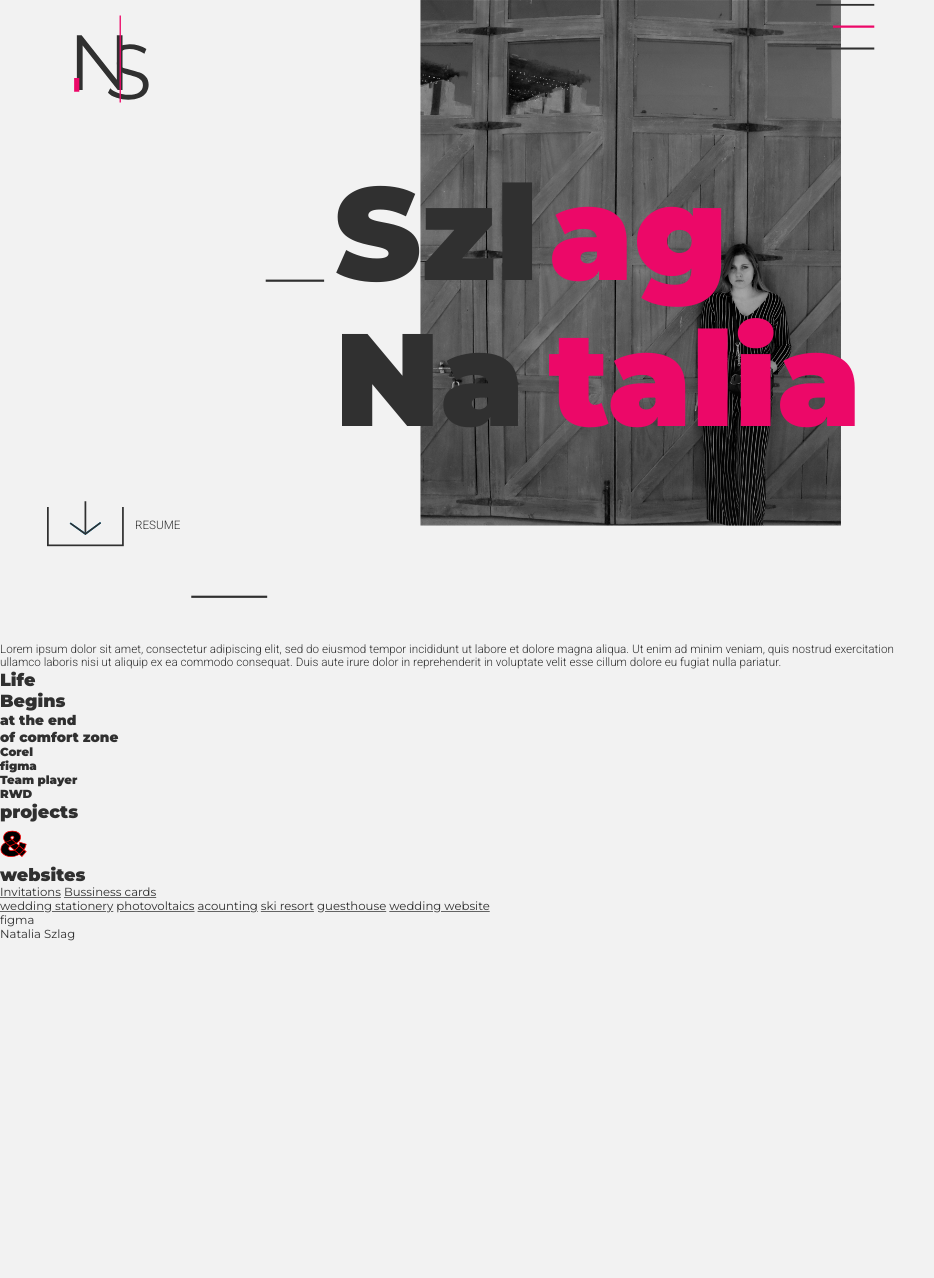
Repository: nataliaszlag/portfolio3
Page: index.html
These files come from the project's save history. The page is drawn as it stood at one moment and after the next save; the edit follows.
The browser window is 1280 px wide. The pictures show the whole page, at 73% of full size.
The style sheet was rebuilt from its Sass, Less or Tailwind sources for each picture, by a compiler version that may differ from the author's.

Above is the page before, as saved 2020-09-26 19:59:59.

### index.html
<!DOCTYPE html>
<html lang="en">
<head>
    <meta charset="UTF-8">
    <meta name="viewport" content="width=device-width, initial-scale=1.0">
    <title>Portfolio</title>
    <link rel="stylesheet" href="/css/style.css">
    <link href="https://fonts.googleapis.com/css2?family=Montserrat:wght@300;400;600;900&family=Roboto:wght@300&display=swap" rel="stylesheet">
<body>
    <div><img class="hero-img"src="/img/img-hero.JPG" alt="zdj"></div>
    <header class="hero">
        <nav>
            <logo class="logo">
                <svg width="202" height="202" viewBox="0 0 202 202" fill="none" xmlns="http://www.w3.org/2000/svg">
                    <path d="M111.707 131.661C106.15 131.661 100.822 130.771 95.7284 128.989C90.6331 127.207 86.6957 124.857 83.9163 121.934L87.0156 115.841C89.7232 118.549 93.3219 120.742 97.8117 122.416C102.302 124.091 106.933 124.927 111.707 124.927C118.407 124.927 123.43 123.699 126.779 121.239C130.128 118.781 131.805 115.592 131.805 111.673C131.805 108.68 130.895 106.292 129.078 104.511C127.26 102.729 125.035 101.357 122.397 100.396C119.76 99.4333 116.091 98.3831 111.387 97.2422C78.7372 90.0157 110.659 55.7886 98.6857 58.3337C92.9473 59.5532 105.322 55.7647 113.312 55.5543C117.586 55.4414 121.773 56.1427 125.871 57.3177C129.969 58.4945 133.513 60.116 136.506 62.1821L133.835 68.4884C130.7 66.4223 127.351 64.8726 123.786 63.8395C120.223 62.8047 116.732 62.3344 113.312 62.2882C95.5796 62.0521 91.8988 81.0702 103.104 87.2483C105.649 88.6525 109.535 89.2614 114.167 90.4023C119.654 91.7552 124.089 93.091 127.474 94.4098C130.859 95.7285 133.727 97.7228 136.079 100.396C138.431 103.068 139.607 106.684 139.607 111.245C139.607 115.022 138.591 118.46 136.561 121.561C134.529 124.66 131.411 127.118 127.207 128.936C123.003 130.753 117.837 131.661 111.707 131.661Z" fill="#303030"/>
                    <path d="M103.826 43.3881V118.212H97.3055L49.2035 57.4973V118.212H41.2945V43.3881H47.8146L96.0226 104.103V43.3881H103.826Z" fill="#303030"/>
                    <path fill-rule="evenodd" clip-rule="evenodd" d="M99.789 135.296V16.0728H101.621V135.296H99.789Z" fill="#EC0868"/>
                    <path fill-rule="evenodd" clip-rule="evenodd" d="M37.5521 120.721L37.5538 101.949L44.6315 101.956V120.726L37.5521 120.721Z" fill="#EC0868"/>
                    </svg>


            </logo>
            <ul class="navbar">
                <svg class="hamburger"width="80" height="63" viewBox="0 0 80 63" fill="none" xmlns="http://www.w3.org/2000/svg">
                    <g  class="line-menu-1"><line y1="1.5" x2="80" y2="1.5" stroke="#303030" stroke-width="3"/></g>
                    <g class="line-menu-2"><line y1="61.5" x2="80" y2="61.5" stroke="#303030" stroke-width="3"/></g>
                    <line x1="23" y1="31.5" x2="80" y2="31.5" stroke="#EC0868" stroke-width="3"/>
                    </svg>

                <li class="nav-list">about</li>
                <li class="nav-list">portfolio</li>
                <li class="nav-list">contact</li>
            </ul>
        </nav>
        <div class="flex">
            <div class="line-1"></div>
            <h1 class="h1-name">Szl<br>Na</h1>
            <h1 class="h1-name clr-prim">ag<br>talia</h1>
        </div>
        <div class="resume">
            <icon class="resume-icon">
                <svg width="106" height="63" viewBox="0 0 106 63" fill="none" xmlns="http://www.w3.org/2000/svg">
                    <path d="M1.60553 8.5282V61.0716H104.395V8.5282" stroke="#303030" stroke-width="2.36" stroke-miterlimit="22.9256"/>
                    <path d="M53 0.473083V45.5269" stroke="#303030" stroke-width="2.36" stroke-miterlimit="22.9256"/>
                    <path d="M32.1326 30.6015L52.9999 45.5269L73.8673 29.8981" stroke="#00A0E3" stroke-width="2.36" stroke-miterlimit="22.9256"/>
                    <path d="M32.1326 30.6015L52.9999 45.5269L73.8673 29.8981" stroke="#303030" stroke-width="2.36" stroke-miterlimit="22.9256"/>
                    </svg>
            </icon>
            <p class="resume-p">RESUME</p>
            <div class="line-2"></div>
        </div>
    </header>
    <main>
        <article class="main-page">

            <div class="arrow">
                <svg>
                </svg>
            </div>
    </article>
        <article class="about">
            <div class="about-flex">
                <p class="about-p">
                    Lorem ipsum dolor sit amet, consectetur adipiscing elit, sed do eiusmod tempor incididunt ut labore et dolore magna aliqua. Ut enim ad minim veniam, quis nostrud exercitation ullamco laboris nisi ut aliquip ex ea commodo consequat. Duis aute irure dolor in reprehenderit in voluptate velit esse cillum dolore eu fugiat nulla pariatur.
                </p>
        </div>
            <div class="about-flex">
                <h2 class="about-primary">Life</h2>
                <h2 class="about-secondary">Begins</h2>
                <h3 class="about-terciary">at the end<br>of comfort zone</h3>
        </div>
            <div class="about-flex">
                <div class="vector"></div>
        </div>
            <div class="about-flex">
                <h4 class="stat">Corel</h4>
                <div class="stat-bar">
                <div class="bar"></div>
                <div class="bar"></div>
                <div class="bar"></div>
                <div class="bar"></div>
                <div class="bar"></div>
            </div>
            <h4 class="stat">figma</h4>
                <div class="stat-bar">
                <div class="bar-1"></div>
                <div class="bar-2"></div>
                <div class="bar-3"></div>
                <div class="bar-4"></div>
                <div class="bar-5"></div>
            </div>
            <h4 class="stat">Team player</h4>
                <div class="stat-bar">
                <div class="bar-1"></div>
                <div class="bar-2"></div>
                <div class="bar-3"></div>
                <div class="bar-4"></div>
                <div class="bar-5"></div>
            </div>
            <h4 class="stat">RWD</h4>
                <div class="stat-bar">
                <div class="bar-1"></div>
                <div class="bar-2"></div>
                <div class="bar-3"></div>
                <div class="bar-4"></div>
                <div class="bar-5"></div>
            </div>
        </div>
    </article>

    <article class="portfolio">
        <h2 class="portfolio-primary">projects<br></h2>
        <h2 class="portfolio-ampersand">&</h2>
        <h2 class="portfolio-secondary">websites</h2>

        <div class="projects-flex">
            <div class="project-gallery">
                <a href="https://www.kraftdesign.pl" target="_blank" class="link">Invitations</a>
                <a href="#gallery" class="link">Bussiness cards</a>
            </div>
            <div class="project-links">
                <a href="https://www.kraftdesign.pl" target="_blank" class="link">wedding stationery</a>
                <a href="https://www.cellinstalacje.pl" class="link" target="_blank" >photovoltaics</a>
                <a href="https://www.cellsksiegowosc.pl" class="link" target="_blank">acounting</a>
                <a href="https://www.masterski.pl" class="link" target="_blank">ski resort</a>
                <a href="https://www.tylicznoclegi.pl" class="link" target="_blank">guesthouse</a>
                <a href="https://www.pobieramysie.info" class="link" target="_blank">wedding website</a>
            </div>
            <div class="project-display">
                figma
            </div>
        </div>
    </article>

    <article class="contact">
        <div class="square">
            <div class="socials">
                <div class="social-info"></div>
                <div class="social-info"></div>
            </div>
            <div class="svg-animate">Natalia Szlag</div>
        </div>

        <div class="square bg-cover">
            <div class="social-sq">
                <svg class="social-ico">insta</svg>
            </div>
            <div class="social-sq">
                <svg class="social-ico">facebook</svg>
            </div>
            <div class="social-sq">
                <svg class="social-ico">pinterest</svg>
            </div>
        </div>
    </article>
    </main>
  </body>
</html>

### scss/style.scss
// ==========================================
// variables
// ==========================================

//font-var
$font-primary: 'Montserrat', sans-serif;
$font-secondary: 'roboto', sans-serif;
$font-spacing-primary: 10%;
$font-line-primary: 25pt;

//color-var
$clr-font: #303030;
$clr-bg: #f2f2f2;
$clr-accent: #ec0868;


// ============================================
// main style
// =======================================
*,
*:hover,
*:focus{
box-sizing: border-box;
color: $clr-font;
}

body{
    background-color: $clr-bg;
}

*{
    margin: 0;
    padding: 0;
    font-family: $font-primary;
}

.portfolio-ampersand{
    font-size: 48px;
    color: black;
    -webkit-text-stroke: 1px red;
}

.hero{
    min-height: 100%;
    height: 100vh;
    max-width: 90%;
    margin: auto;
}

.hero-img{
    object-fit: cover;
    top: 0;
    right: 10%;
    position: absolute;
    height: 100vh;
    width: 45%;
    z-index: -1;
}

.h1-name{
    display: inline-block;
    font-weight: 900;
    font-size: 180px;
    line-height: 200px;
    padding-left: 10px;
    z-index: 3;
}

.clr-prim{
    color: $clr-accent;
}

.resume{
    margin-top: auto;
    display: flex;
    align-items: center;

    &-p{
        padding: 15px;
    }

    .line-2{
        display: inline-block;
    content:'';
    width: 104px;
    height: 200px;
    border-bottom: solid 3px $clr-font;
    }
}

.line-1{
    display: inline-block;
    content:'';
    width: 80px;
    height: 200px;
    border-top: solid 3px $clr-font;
    margin-left: 300px;
}

nav{
    margin-top: 5px;
    display: flex;
    justify-content: space-between;
    ul{
        display: block;
        list-style-type: none;
        li{
            opacity: 0;
            overflow: hidden;
            padding: 15px;
            transition: .2s ease-out;
        }
    }

    ul:hover > li{
        opacity: 1;
    }

    ul:hover .line-menu-1{
        transform: translateY(20px);
    }

    ul:hover .line-menu-2{
        transform: translateY(-20px);
    }
    }

.line-menu-1{
    transition: .2s ease-out;
}

.line-menu-2{
    transition: .2s ease-out;
}

p{
    font-family: $font-secondary;
}

After the next save:
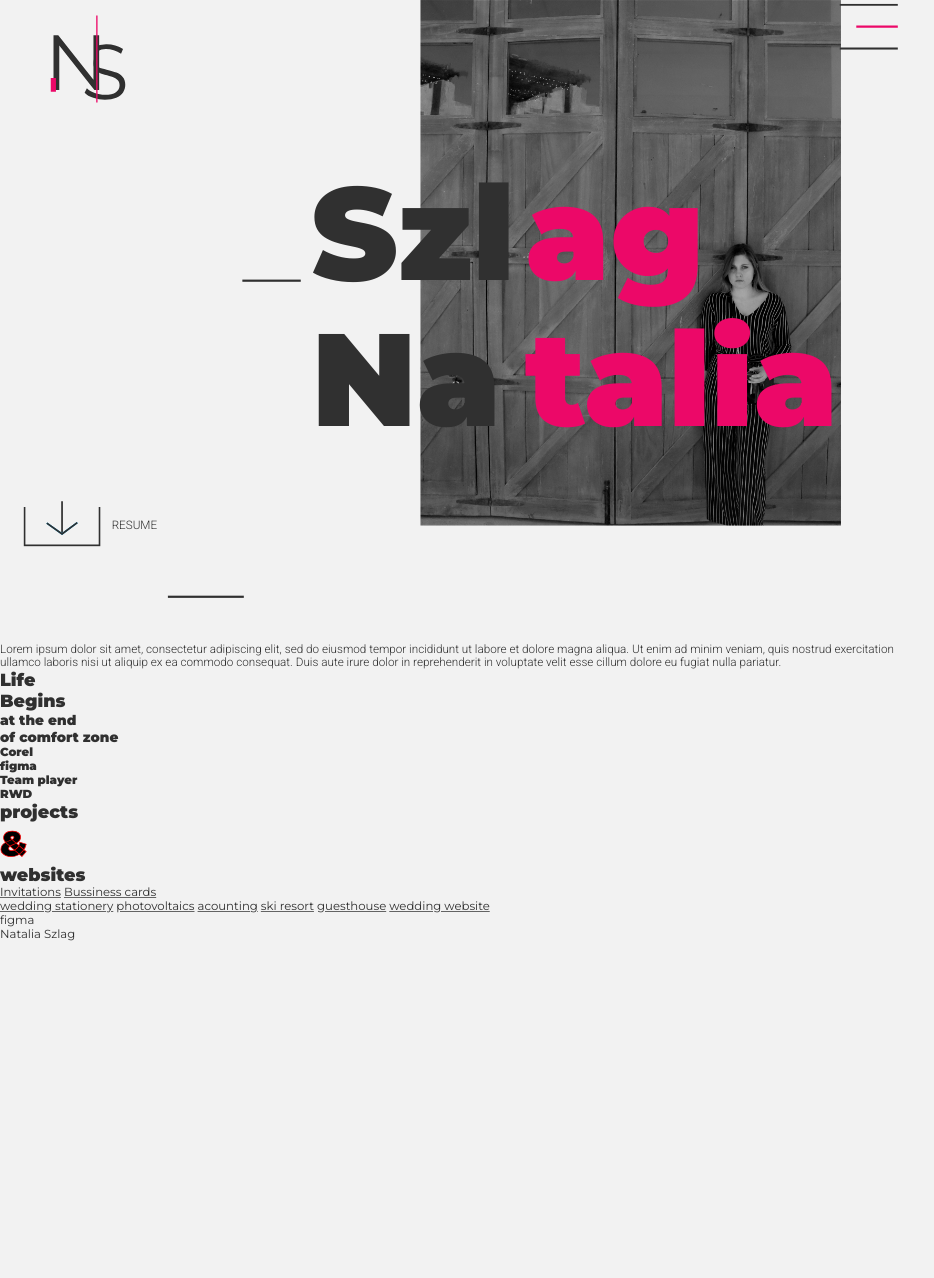
Saved 50 s later.
--- a/scss/style.scss
+++ b/scss/style.scss
@@ -43,7 +43,7 @@ body{
 .hero{
     min-height: 100%;
     height: 100vh;
-    max-width: 90%;
+    max-width: 95%;
     margin: auto;
 }
 
